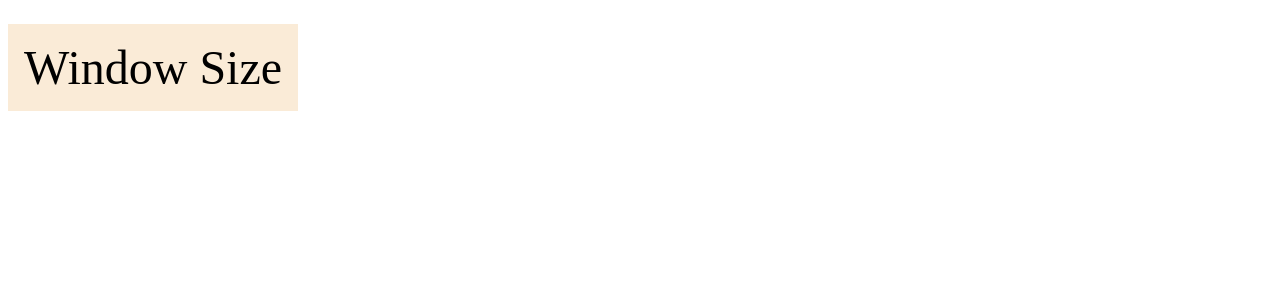
Repository: sephinejo/frontend-browser-101
Page: browser/window_size.html
An editor plug-in stored every save of this project. The page is shown before and after the next save, followed by the edit.
The browser window is 1280 px wide. The pictures show the whole page.

Above is the page before, as saved 2023-05-10 12:12:43.

### browser/window_size.html
<!DOCTYPE html>
<html lang="en">
  <head>
    <meta charset="UTF-8" />
    <meta http-equiv="X-UA-Compatible" content="IE=edge" />
    <meta name="viewport" content="width=device-width, initial-scale=1.0" />
    <title>Window Sizes</title>
    <style>
      .tag {
        display: inline-block;
        background-color: antiquewhite;
        padding: 16px;
        margin-top: 16px;
        font-size: 48px;
      }
    </style>
  </head>
  <body>
    <div class="tag">Window Size</div>
    <script></script>
  </body>
</html>

After the next save:
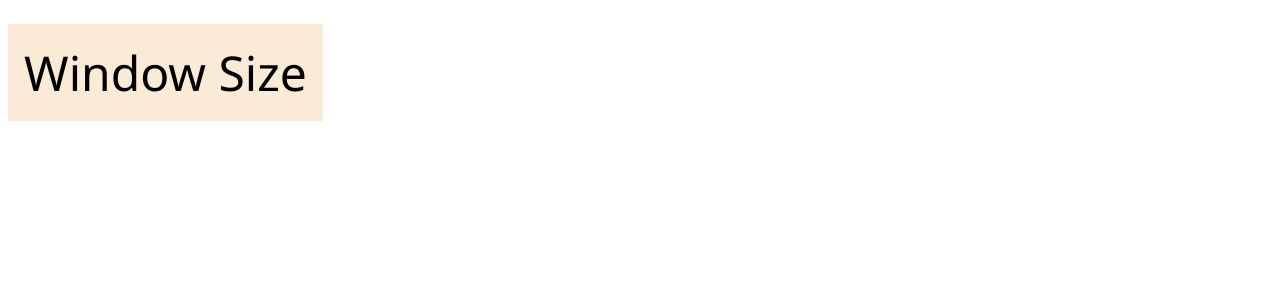
Saved 17 s later.
--- a/browser/window_size.html
+++ b/browser/window_size.html
@@ -12,6 +12,7 @@
         padding: 16px;
         margin-top: 16px;
         font-size: 48px;
+        font-family: 'Segoe UI', Tahoma, Geneva, Verdana, sans-serif;
       }
     </style>
   </head>
